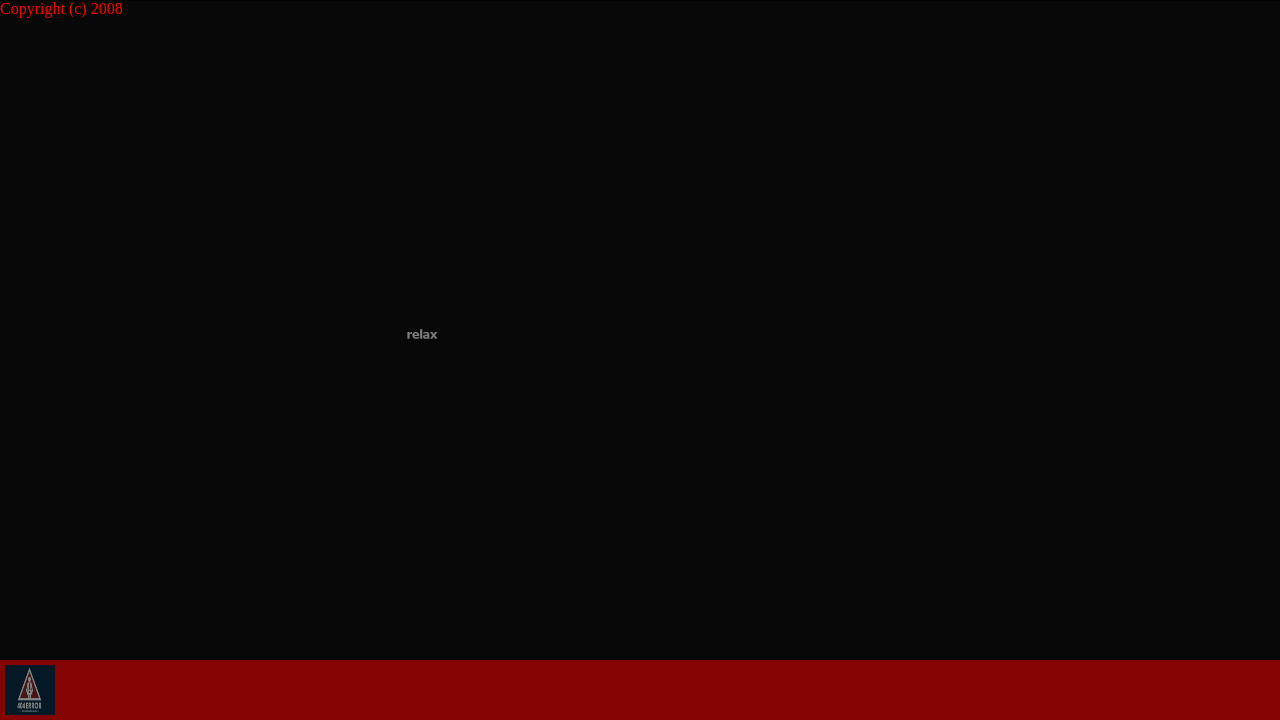
Repository: jn222rv/1dv403-laborationer
Page: 5-pwd/index.html
The author's editor kept a record of every edit. The page is drawn from the files as they stood at one moment, then again after the next edit.
The browser window is 1280 px wide. The pictures show the whole page.

Above is the page before.

After the next edit:
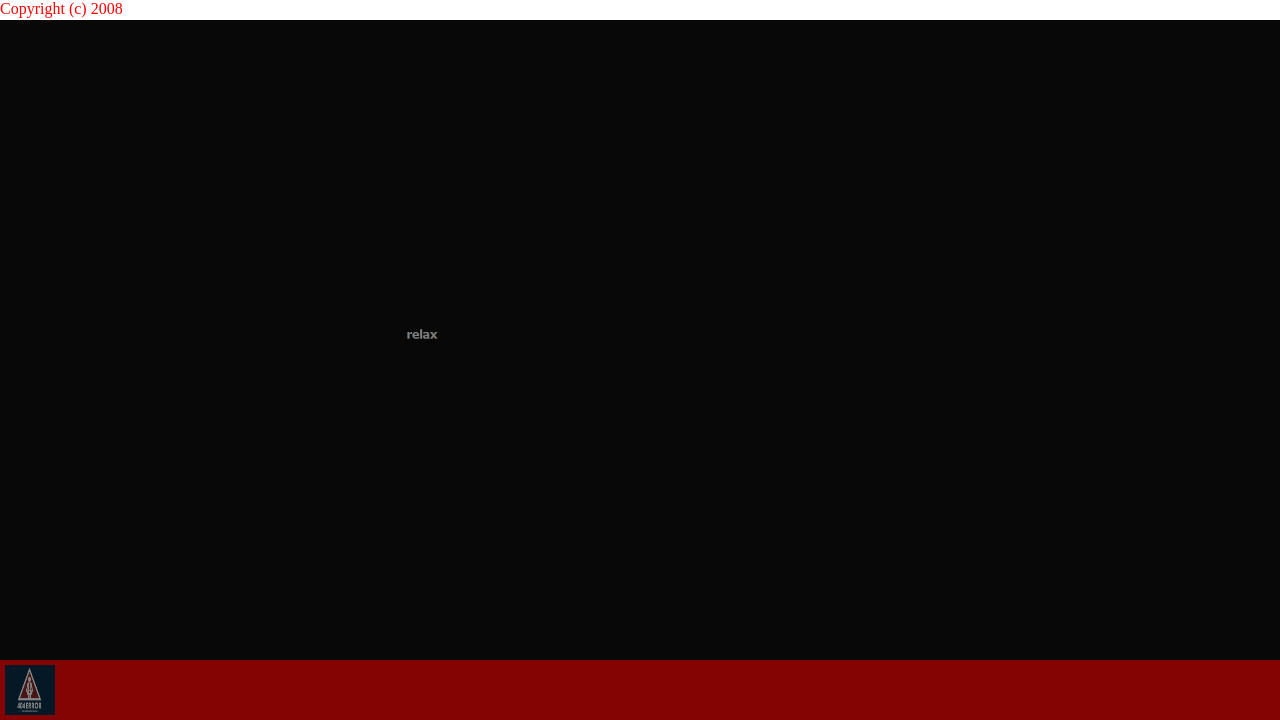
The edit:
--- a/5-pwd/css/basic.css
+++ b/5-pwd/css/basic.css
@@ -35,6 +35,12 @@
     height:20px;
 }
 
+.footer {
+    background-color:white;
+    width:100%;
+    height:20px;
+}
+
 .appWindow {
     width:100px;
     position:absolute;
